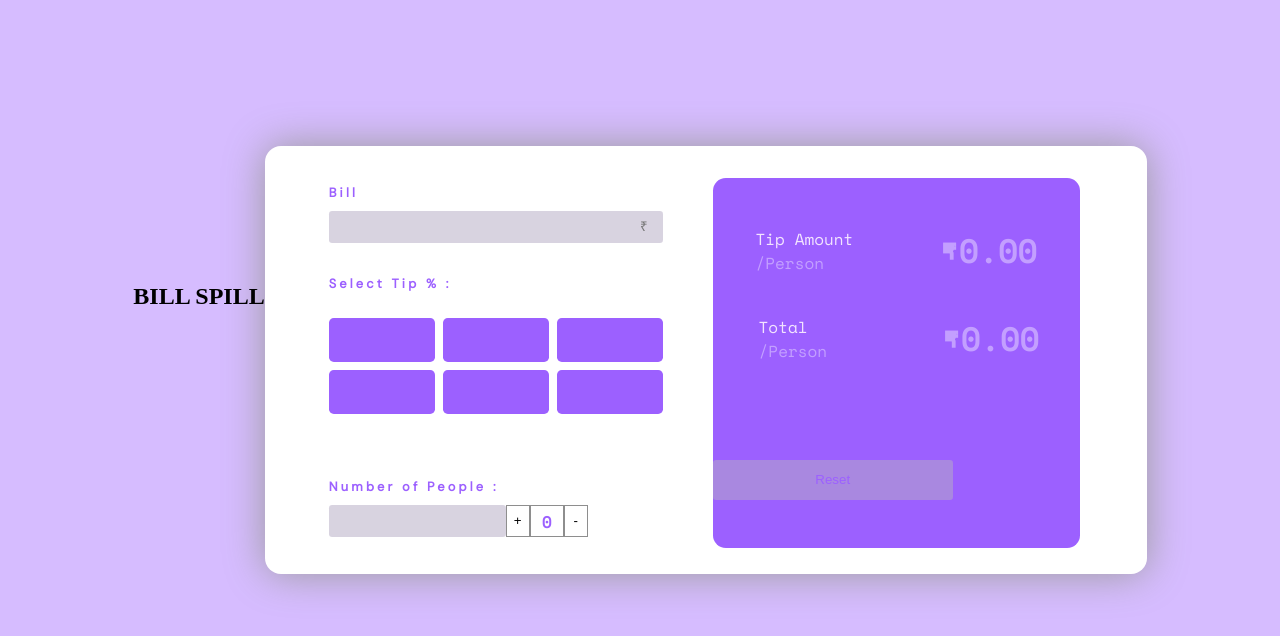
Repository: drumsmanku/micro-project-3
Page: index.html
An editor plug-in stored every save of this project. The page is shown before and after the next save, followed by the edit.
The browser window is 1280 px wide. The pictures show the whole page.

Above is the page before, as saved 2023-04-17 20:51:42.

### index.html
<!DOCTYPE html>
<html lang="en">
<head>
  <meta charset="UTF-8">
  <meta http-equiv="X-UA-Compatible" content="IE=edge">
  <meta name="viewport" content="width=device-width, initial-scale=1.0">
  <link rel="stylesheet" href="styles.css">
  <title>Bill Spill</title>
</head>
<body>
  <main>
    <h2>BILL SPILL</h2>
    <div class="entire-container">
      <div class="left-inside-container">
          <label for="amount">Bill</label>
          <input type="number" name="total" id="total-bill" placeholder="₹" >
          <div class="select-container">
            <label for="tip">Select Tip % :</label>
            <div class="button-containers">
              <button class="bt-1 sizing"></button>
              <button class="bt-2 sizing"></button>
              <button class="bt-3 sizing"></button>
              <button class="bt-4 sizing"></button>
              <button class="bt-5 sizing"></button>
              <button class="bt-6 sizing"></button>
            </div>
          </div>
          <label for="people">Number of People : </label>
          <div class="people-container">
            <input type="number" name="people" id="people-number">
            <button id="add-people">+</button>
            <h4 class="center-text">0</h4>
            <button id="sub-people">-</button>
          </div>
      </div>


      <div class="right-inside-container">
        <div class="first-second-line">
          <div class="first-line">
            <div class="first-line-first">
              <p class="one">Tip Amount</p>
              <p class="two">/Person</p>

            </div>
            <h1>₹0.00</h1>
          </div>
          <div class="second-line">
            <div class="first-line-first">
              <p class="one-two">Total</p>
              <p class="two-two">/Person</p>

            </div>
            <h1>₹0.00</h1>
          </div>
        </div>

        <input type="button" value="Reset">
      </div>
    </div>
  </main>
</body>
</html>

### styles.css
@import url('https://fonts.googleapis.com/css2?family=DM+Sans&display=swap');
@import url('https://fonts.googleapis.com/css2?family=DM+Sans&family=Space+Mono&display=swap');
/* font-family: 'DM Sans', sans-serif; */
*{
  padding: 0;
  margin: 0;
}

main{
  width: 100%;
  height: 100vh;
  display: flex;
  justify-content: center;
  align-items: center;
  background-color:  #D6BCFF;
}

main>h2{
  position: relative;
  top: -4rem;
}

.entire-container{
  width: 818px;
  height: 428px;
  background-color: white;

  display: flex;
  padding-left: 4rem;
  flex-direction: row;
  border-radius: 1rem;
  box-shadow: 0 0 40px rgb(154, 154, 154);
}

.left-inside-container{
  display: flex;
  flex-wrap: wrap;
  flex-direction: column;
  justify-content: center;
}

.button-containers{
  display: grid;
  grid-template-columns: repeat(3, minmax(0,1fr));
  grid-template-rows: repeat(2, minmax(0,1fr));
  grid-gap: 0.5rem;
  margin-top: 1rem;
}

.sizing{
  width: 106px;
  height: 44px;
  border: none;
  background-color: #9C60FF;
  border-radius: 0.3rem;
}
.people-container{
  display: flex;
  flex-direction: row;
}
.people-container>h4{
  border: 1px solid #8E8E8E;
  width: 2rem;
  text-align: center;
  padding-top: 4px;
  color: #9C60FF;
  font-family: 'Space Mono';
  font-size: 1rem;
}
.people-container>button{
  background: none;
  border: 1px solid #8E8E8E;
  width: 1.5rem;
}

.select-container{
  display: flex;
  flex-direction: column;
  margin: 2rem 0 4rem 0;
}

.right-inside-container{
  width: 367px;
  height: 370px;
  background-color: #9C60FF;
  border-radius: 0.8rem;
  position: relative;
  top: 2rem;
  margin-left: 10px;
  right: -40px;
  display: flex;
  flex-direction: column;
  justify-content:space-around;
}
.first-line{
  display: flex;
  justify-content: space-around;
  margin-bottom: 2.5rem;
}
.second-line{
  display: flex;
  justify-content: space-around;
}
.first-second-line{
  font-family: 'Space Mono';

}
.first-second-line h1{
  color: #C39FFF;
  font-weight: bold;
}
.first-line-first{
  color: #F3E4FF;;
}
.first-line-first .two,.two-two{
  color: #C39FFF;
}
.second-line>h1{
  margin-left: 2rem;
}
.one-two,.two-two{
  margin-left: 5px;
}
input[value='Reset']{
  width:15rem;
  height: 2.5rem;
  text-align: center;
}
input{
  border-radius: 0.2rem;
  border: none;
  background-color: rgba(182, 172, 196, 0.53);
  height: 2rem;
  text-align: end;
  color: #9C60FF;
}
label{
  color: #9C60FF;
  font-size: 0.8rem;
  font-family: 'DM Sans';
  font-weight: bold;
  letter-spacing: 0.2rem;
  margin-bottom: 10px;
}

After the next save:
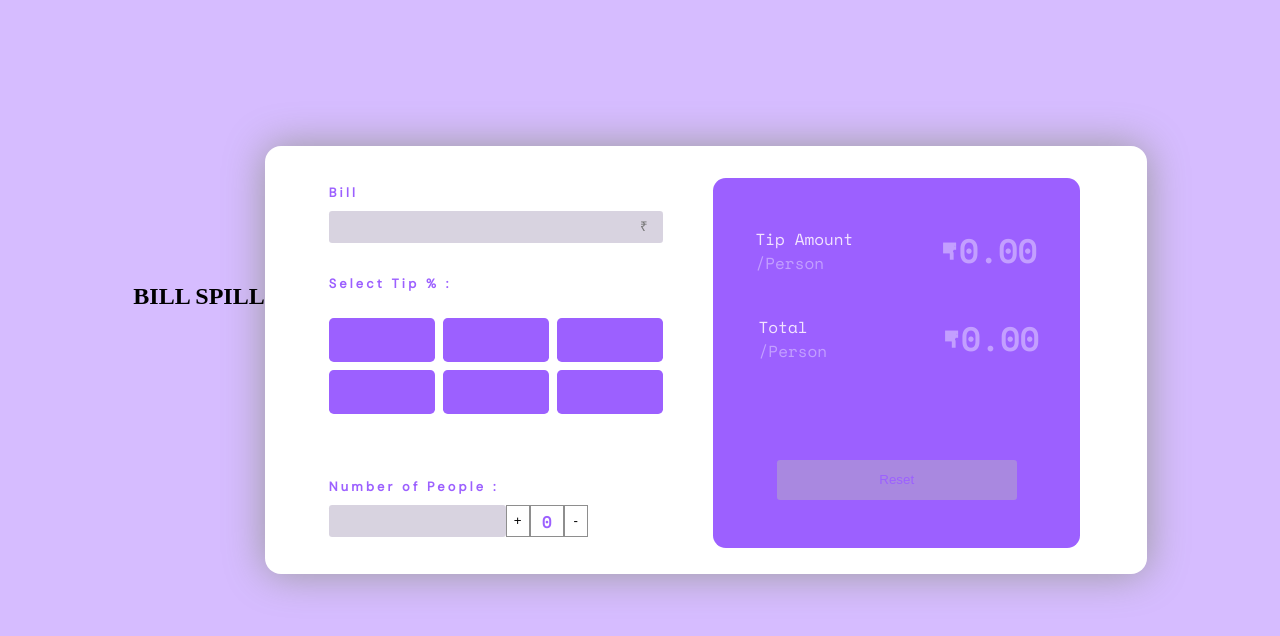
Saved 9 s later.
--- a/styles.css
+++ b/styles.css
@@ -125,6 +125,7 @@ input[value='Reset']{
   width:15rem;
   height: 2.5rem;
   text-align: center;
+  margin-left: 4rem;
 }
 input{
   border-radius: 0.2rem;
